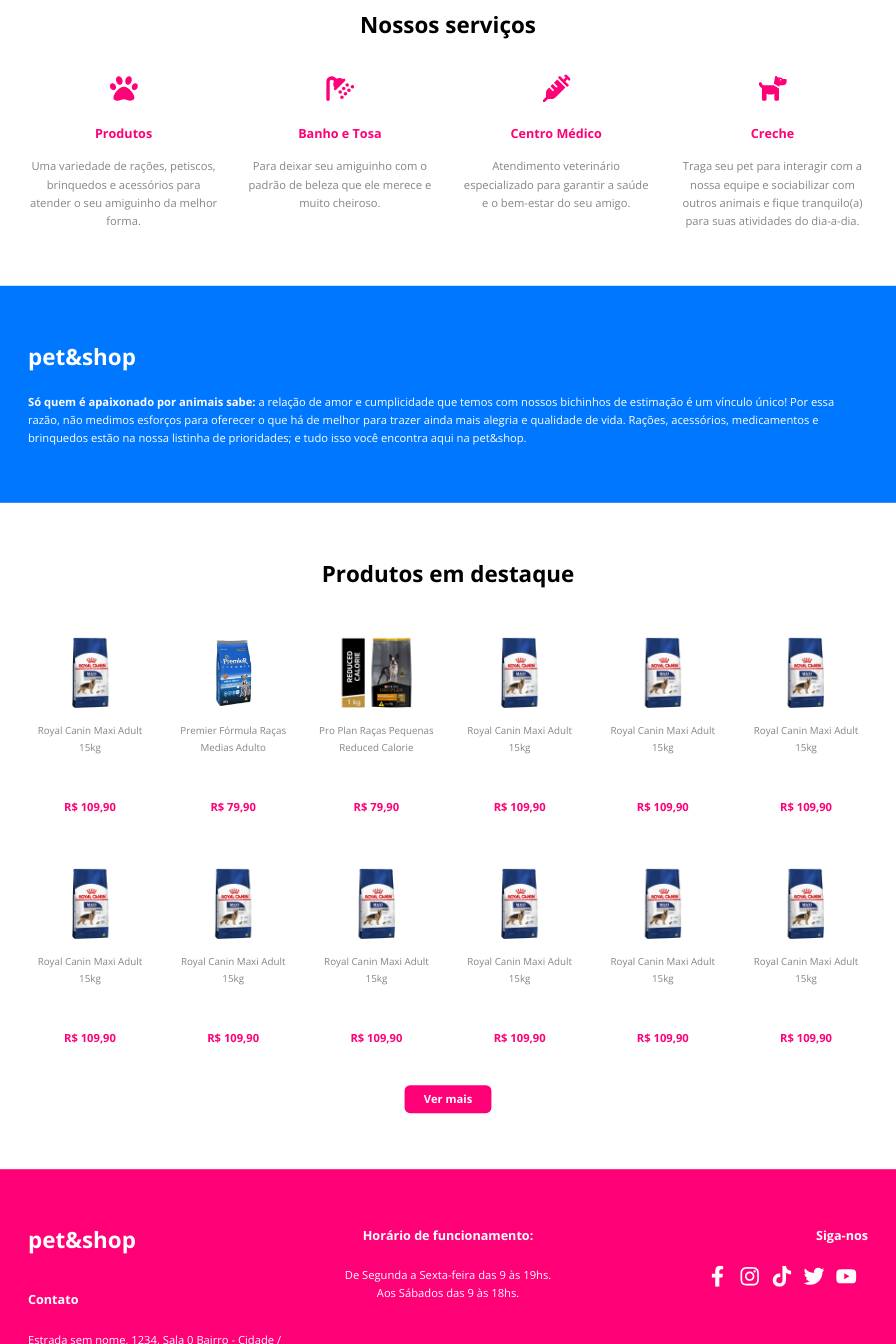
Repository: EzequielKaiber/pet-e-shop
Page: index.html
These files come from the project's save history. The page is drawn as it stood at one moment and after a run of saves; the edit follows.
The browser window is 1280 px wide. The pictures show the part of the page from y = 886 to 2806 px (the page is 3050 px tall), at 70% of full size.

Above is the page before, as saved 2022-04-25 15:49:59.

After the next 2 saves:
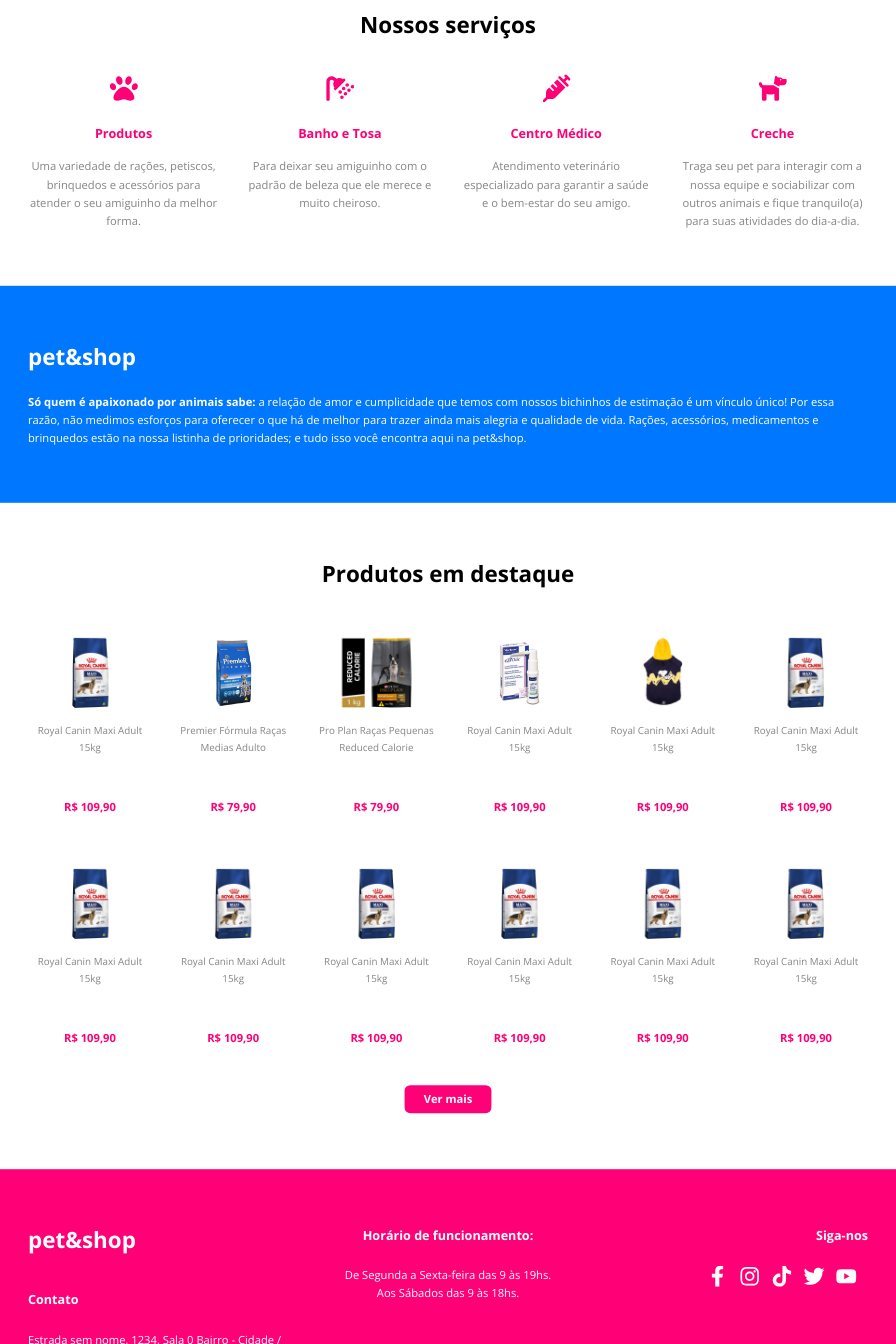
The 2 saves are shown as one change because they came seconds apart.
The last was saved 8 s later.
--- a/index.html
+++ b/index.html
@@ -102,12 +102,12 @@
                     <span>R$ 79,90</span>
                 </div>
                 <div class="card">
-                    <div class="image" style="background-image: url(img/Produtos/product-1.webp);"></div>
-                    <small>Royal Canin Maxi Adult 15kg</small>
-                    <span>R$ 109,90</span>
-                </div>
-                <div class="card">
-                    <div class="image" style="background-image: url(img/Produtos/product-1.webp);"></div>
+                    <div class="image" style="background-image: url(img/Produtos/product-4.webp);"></div>
+                    <small>Royal Canin Maxi Adult 15kg</small>
+                    <span>R$ 109,90</span>
+                </div>
+                <div class="card">
+                    <div class="image" style="background-image: url(img/Produtos/product-5.webp);"></div>
                     <small>Royal Canin Maxi Adult 15kg</small>
                     <span>R$ 109,90</span>
                 </div>
